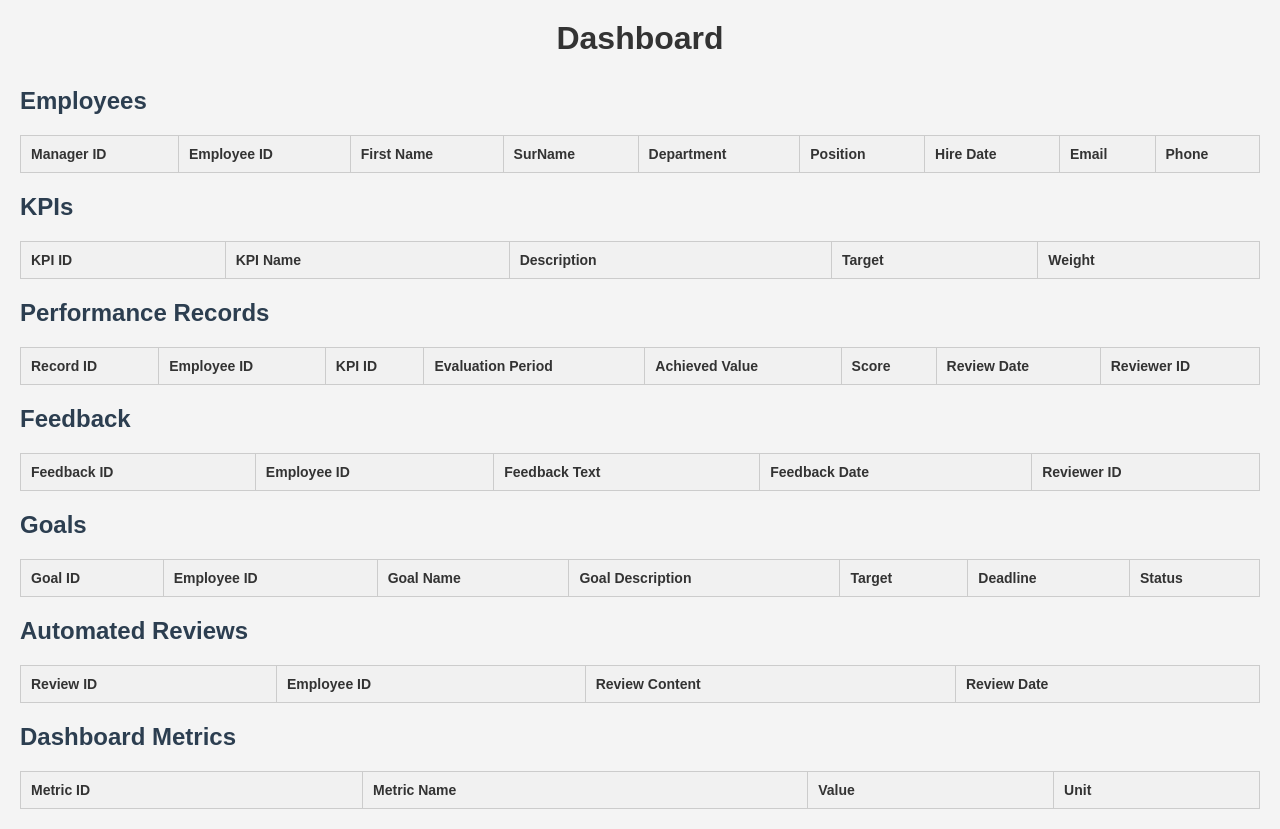
Repository: Wuda2000/Mongodb
Page: http://localhost/dashboard
An editor plug-in stored every save of this project. The page is shown before and after the next save, followed by the edit.
The browser window is 1280 px wide. The pictures show the whole page.
The page is served by the project's application, run on Flask 3 (app.py). Queries for data that is not in the repository find no rows.

Above is the page before, as saved 2024-11-11 18:31:05.

### templates/dashboard.html
<!DOCTYPE html>
<html lang="en">
<head>
    <meta charset="UTF-8">
    <meta name="viewport" content="width=device-width, initial-scale=1.0">
    <title>Dashboard</title>
    <link rel="stylesheet" href="{{ url_for('static', filename='styles.css') }}">
</head>
<body>
    <h1>Dashboard</h1>

    <!-- Employees Table -->
    <h2>Employees</h2>
    <table border="1">
        <thead>
            <tr>
                <th>Manager ID</th>
                <th>Employee ID</th>
                <th>First Name</th>
                <th>SurName</th>
                <th>Department</th>
                <th>Position</th>
                <th>Hire Date</th>
                <th>Email</th>
                <th>Phone</th>
            </tr>
        </thead>
        <tbody>
            {% for employee in employees %}
                <tr>
                    <td>{{ Employees['manager_id'] }}</td>
                    <td>{{ Employees['employee_id '] }}</td>
                    <td>{{ Employees['first_name'] }}</td>
                    <td>{{ Employees['last_name'] }}</td>
                    <td>{{ Employees['department'] }}</td>
                    <td>{{ Employees['position'] }}</td>
                    <td>{{ Employees['date_hired'] }}</td>
                    <td>{{ Employees['email'] }}</td>
                    <td>{{ Employees['phone'] }}</td>
                </tr>
            {% endfor %}
        </tbody>
    </table>

    <!-- KPIs Table -->
    <h2>KPIs</h2>
    <table border="1">
        <thead>
            <tr>
                <th>KPI ID</th>
                <th>KPI Name</th>
                <th>Description</th>
                <th>Target</th>
                <th>Weight</th>
            </tr>
        </thead>
        <tbody>
            {% for kpi in kpis %}
                <tr>
                    <td>{{ kpi['KPI ID'] }}</td>
                    <td>{{ kpi['KPI Name'] }}</td>
                    <td>{{ kpi['Description'] }}</td>
                    <td>{{ kpi['Target'] }}</td>
                    <td>{{ kpi['Weight'] }}</td>
                </tr>
            {% endfor %}
        </tbody>
    </table>

    <!-- Performance Records Table -->
    <h2>Performance Records</h2>
    <table border="1">
        <thead>
            <tr>
                <th>Record ID</th>
                <th>Employee ID</th>
                <th>KPI ID</th>
                <th>Evaluation Period</th>
                <th>Achieved Value</th>
                <th>Score</th>
                <th>Review Date</th>
                <th>Reviewer ID</th>
            </tr>
        </thead>
        <tbody>
            {% for record in performance_records %}
                <tr>
                    <td>{{ record['Record ID'] }}</td>
                    <td>{{ record['Employee ID'] }}</td>
                    <td>{{ record['KPI ID'] }}</td>
                    <td>{{ record['Evaluation Period'] }}</td>
                    <td>{{ record['Achieved Value'] }}</td>
                    <td>{{ record['Score'] }}</td>
                    <td>{{ record['Review Date'] }}</td>
                    <td>{{ record['Reviewer ID'] }}</td>
                </tr>
            {% endfor %}
        </tbody>
    </table>

    <!-- Feedback Table -->
    <h2>Feedback</h2>
    <table border="1">
        <thead>
            <tr>
                <th>Feedback ID</th>
                <th>Employee ID</th>
                <th>Feedback Text</th>
                <th>Feedback Date</th>
                <th>Reviewer ID</th>
            </tr>
        </thead>
        <tbody>
            {% for feedback in feedbacks %}
                <tr>
                    <td>{{ feedback['Feedback ID'] }}</td>
                    <td>{{ feedback['Employee ID'] }}</td>
                    <td>{{ feedback['Feedback Text'] }}</td>
                    <td>{{ feedback['Feedback Date'] }}</td>
                    <td>{{ feedback['Reviewer ID'] }}</td>
                </tr>
            {% endfor %}
        </tbody>
    </table>

    <!-- Goals Table -->
    <h2>Goals</h2>
    <table border="1">
        <thead>
            <tr>
                <th>Goal ID</th>
                <th>Employee ID</th>
                <th>Goal Name</th>
                <th>Goal Description</th>
                <th>Target</th>
                <th>Deadline</th>
                <th>Status</th>
            </tr>
        </thead>
        <tbody>
            {% for goal in goals %}
                <tr>
                    <td>{{ goal['Goal ID'] }}</td>
                    <td>{{ goal['Employee ID'] }}</td>
                    <td>{{ goal['Goal Name'] }}</td>
                    <td>{{ goal['Goal Description'] }}</td>
                    <td>{{ goal['Target'] }}</td>
                    <td>{{ goal['Deadline'] }}</td>
                    <td>{{ goal['Status'] }}</td>
                </tr>
            {% endfor %}
        </tbody>
    </table>

    <!-- Automated Reviews Table -->
    <h2>Automated Reviews</h2>
    <table border="1">
        <thead>
            <tr>
                <th>Review ID</th>
                <th>Employee ID</th>
                <th>Review Content</th>
                <th>Review Date</th>
            </tr>
        </thead>
        <tbody>
            {% for review in automated_reviews %}
                <tr>
                    <td>{{ review['Review ID'] }}</td>
                    <td>{{ review['Employee ID'] }}</td>
                    <td>{{ review['Review Content'] }}</td>
                    <td>{{ review['Review Date'] }}</td>
                </tr>
            {% endfor %}
        </tbody>
    </table>

    <!-- Dashboard Metrics Table -->
    <h2>Dashboard Metrics</h2>
    <table border="1">
        <thead>
            <tr>
                <th>Metric ID</th>
                <th>Metric Name</th>
                <th>Value</th>
                <th>Unit</th>
            </tr>
        </thead>
        <tbody>
            {% for metric in dashboard_metrics %}
                <tr>
                    <td>{{ metric['Metric ID'] }}</td>
                    <td>{{ metric['Metric Name'] }}</td>
                    <td>{{ metric['Value'] }}</td>
                    <td>{{ metric['Unit'] }}</td>
                </tr>
            {% endfor %}
        </tbody>
    </table>

</body>
</html>

### app.py
from flask import Flask, render_template
from pymongo import MongoClient

app = Flask(__name__)

# Connect to MongoDB
client = MongoClient('mongodb://localhost:27017/')
db = client['companyDB']

# Access the collections
employees_collection = db['Employees']
kpis_collection = db['KPIs']
performance_records_collection = db['Performance Records']
feedback_collection = db['Feedback']
goals_collection = db['Goals']
automated_reviews_collection = db['Automated Reviews']
dashboard_metrics_collection = db['Dashboard Metrics']

# Route for the home page to display employees
@app.route('/')
def index():
    employees = list(employees_collection.find())
    return render_template('index.html', employees=employees)

# Route to display KPIs
@app.route('/kpis')
def display_kpis():
    kpis = list(kpis_collection.find())
    return render_template('kpis.html', kpis=kpis)

# Route to display Performance Records
@app.route('/performance-records')
def display_performance_records():
    performance_records = list(performance_records_collection.find())
    return render_template('performance_records.html', performance_records=performance_records)

# Route to display Feedback
@app.route('/feedback')
def display_feedback():
    feedbacks = list(feedback_collection.find())
    return render_template('feedback.html', feedbacks=feedbacks)

# Route to display Goals
@app.route('/goals')
def display_goals():
    goals = list(goals_collection.find())
    return render_template('goals.html', goals=goals)

# Route to display Automated Reviews
@app.route('/automated-reviews')
def display_automated_reviews():
    automated_reviews = list(automated_reviews_collection.find())
    return render_template('automated_reviews.html', automated_reviews=automated_reviews)

# Route to display Dashboard Metrics
@app.route('/dashboard-metrics')
def display_dashboard_metrics():
    dashboard_metrics = list(dashboard_metrics_collection.find())
    return render_template('dashboard_metrics.html', dashboard_metrics=dashboard_metrics)

# New route to display everything on one page (Dashboard)
@app.route('/dashboard')
def dashboard():
    # Fetch data from MongoDB collections
    employees = list(employees_collection.find())
    kpis = list(kpis_collection.find())
    performance_records = list(performance_records_collection.find())
    feedbacks = list(feedback_collection.find())
    goals = list(goals_collection.find())
    automated_reviews = list(automated_reviews_collection.find())
    dashboard_metrics = list(dashboard_metrics_collection.find())

    # Pass all data to the dashboard.html template
    return render_template('dashboard.html',
                           employees=employees,
                           kpis=kpis,
                           performance_records=performance_records,
                           feedbacks=feedbacks,
                           goals=goals,
                           automated_reviews=automated_reviews,
                           dashboard_metrics=dashboard_metrics)

if __name__ == '__main__':
    app.run(debug=True)

### static/styles.css
/* Basic reset */
* {
    margin: 0;
    padding: 0;
    box-sizing: border-box;
}

/* Body styling */
body {
    font-family: Arial, sans-serif;
    background-color: #f4f4f4;
    margin: 20px;
}

/* Header styling */
h1 {
    color: #333;
    text-align: center;
    margin-bottom: 30px;
}

h2 {
    color: #555;
    margin-top: 20px;
    font-size: 1.5em;
}

/* Table styling */
table {
    width: 100%;
    margin: 20px 0;
    border-collapse: collapse;
    background-color: white;
}

table, th, td {
    border: 1px solid #ccc;
    padding: 10px;
}

th {
    background-color: #f1f1f1;
    color: #333;
    text-align: left;
}

td {
    color: #555;
}

/* Table hover effect */
tr:hover {
    background-color: #f9f9f9;
}

/* Make sure the content is not too small */
table td, table th {
    font-size: 14px;
    word-wrap: break-word;
}

/* Make the page more readable */
table {
    max-width: 100%;
    overflow-x: auto;
}

h2 {
    font-size: 1.5em;
    color: #2c3e50;
}

After the next save:
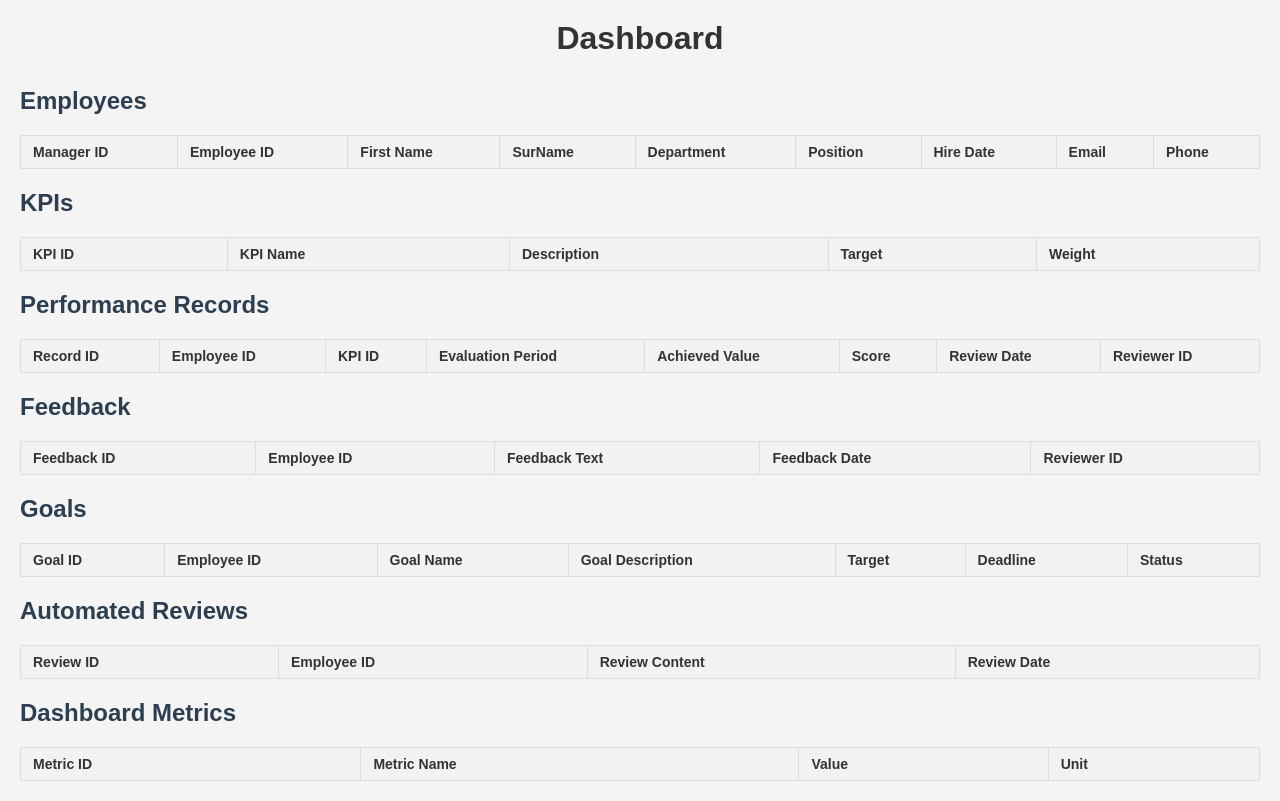
Saved 3 min 44 s later.
--- a/static/styles.css
+++ b/static/styles.css
@@ -69,3 +69,18 @@ h2 {
     font-size: 1.5em;
     color: #2c3e50;
 }
+
+table {
+    width: 100%;
+    border-collapse: collapse;
+}
+
+th, td {
+    padding: 8px 12px;
+    border: 1px solid #ddd;
+    text-align: left;
+}
+
+th {
+    background-color: #f2f2f2;
+}

After the save that followed:
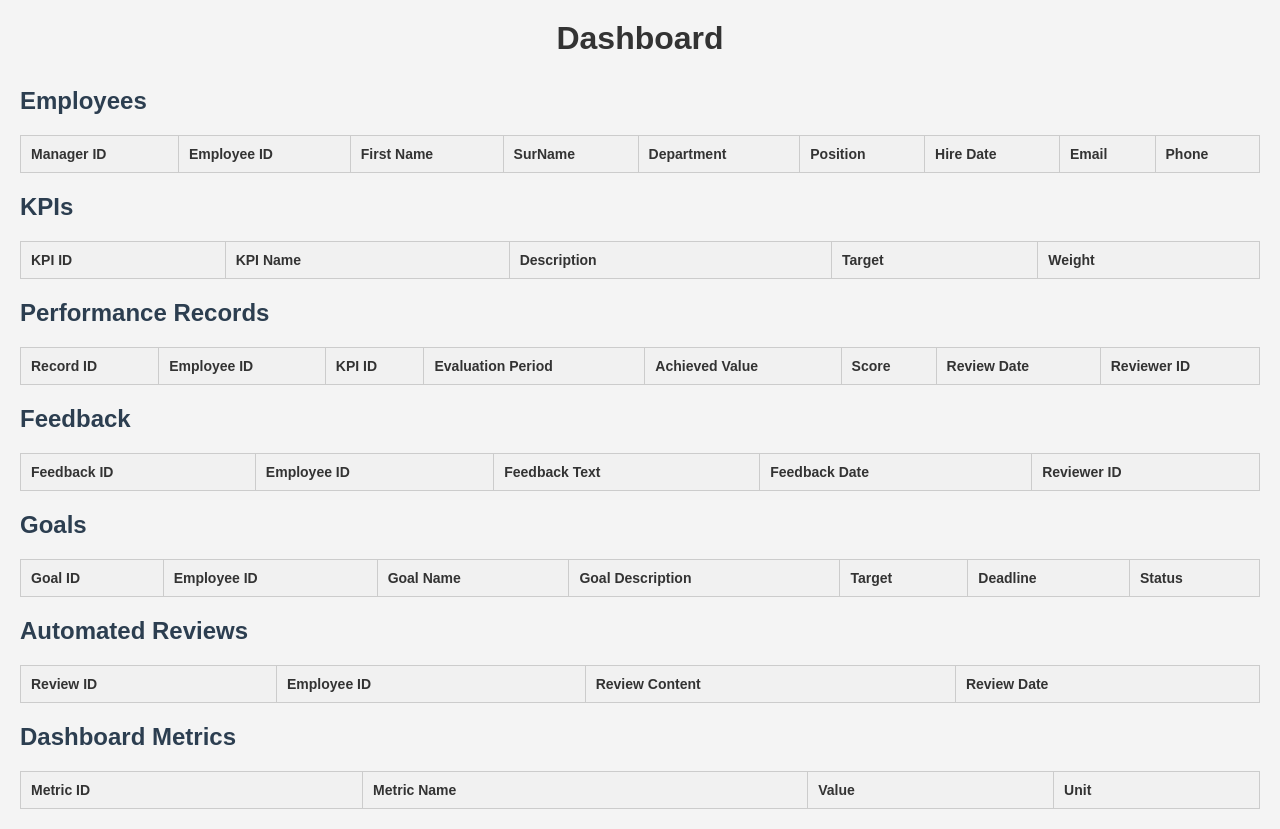
Saved 8 s later.
--- a/static/styles.css
+++ b/static/styles.css
@@ -69,18 +69,3 @@ h2 {
     font-size: 1.5em;
     color: #2c3e50;
 }
-
-table {
-    width: 100%;
-    border-collapse: collapse;
-}
-
-th, td {
-    padding: 8px 12px;
-    border: 1px solid #ddd;
-    text-align: left;
-}
-
-th {
-    background-color: #f2f2f2;
-}
